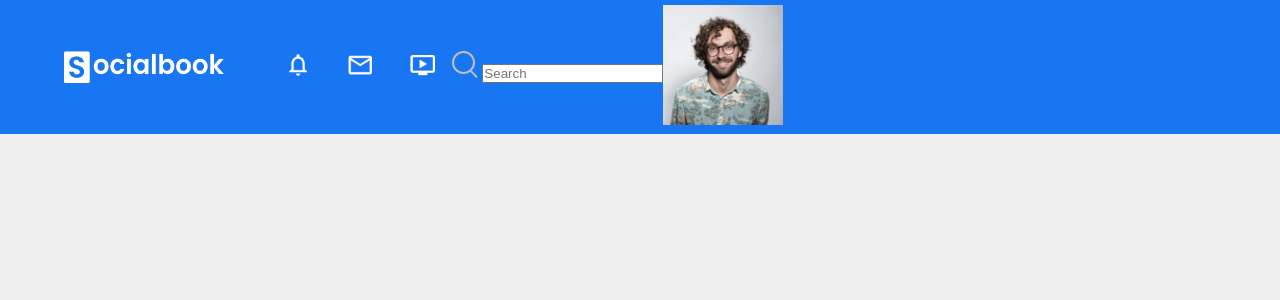
Repository: eeoooo/MINI-PROJECTS-HTML-CSS
Page: 220524-SocialMediaWebsite/index.html
An editor plug-in stored every save of this project. The page is shown before and after the next save, followed by the edit.
The browser window is 1280 px wide. The pictures show the whole page.

Above is the page before, as saved 2022-05-24 22:20:32.

After the next save:
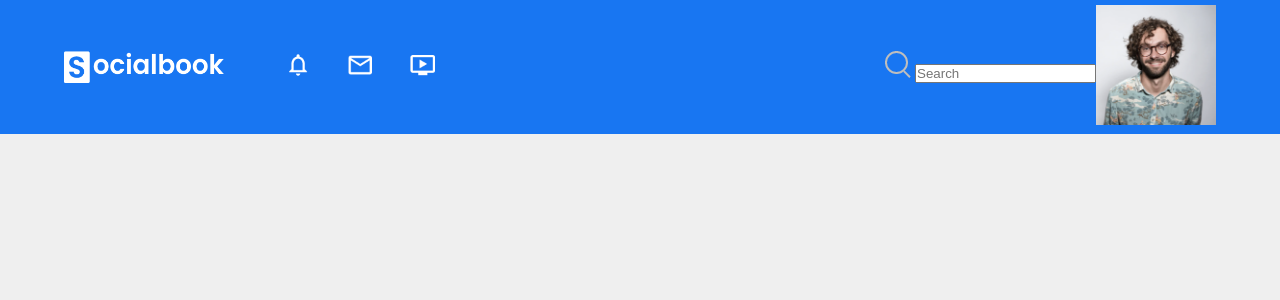
Saved 33 s later.
--- a/220524-SocialMediaWebsite/style.css
+++ b/220524-SocialMediaWebsite/style.css
@@ -9,7 +9,7 @@
 nav {
   display: flex;
   align-items: center;
-  justify-contnet: space-between;
+  justify-content: space-between;
   background: #1876f2;
   padding: 5px 5%;
 }
